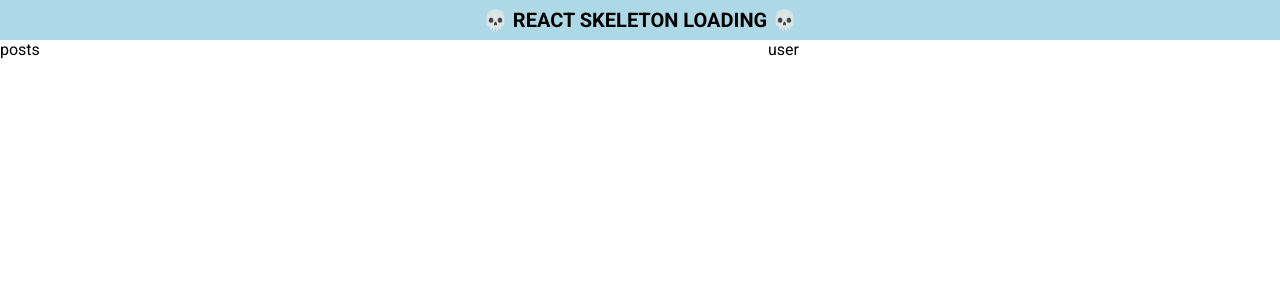
Repository: ethanJones21/React-Skeleton-Loading
Page: /
These files come from the project's save history. The page is drawn as it stood at one moment and after the next save; the edit follows.
The browser window is 1280 px wide. The pictures show the whole page.
The project was rebuilt for these pictures with package versions that can differ from the ones it lists, and the page was loaded fresh each time.

Above is the page before, as saved 2020-11-26 02:08:41.

After the next save:
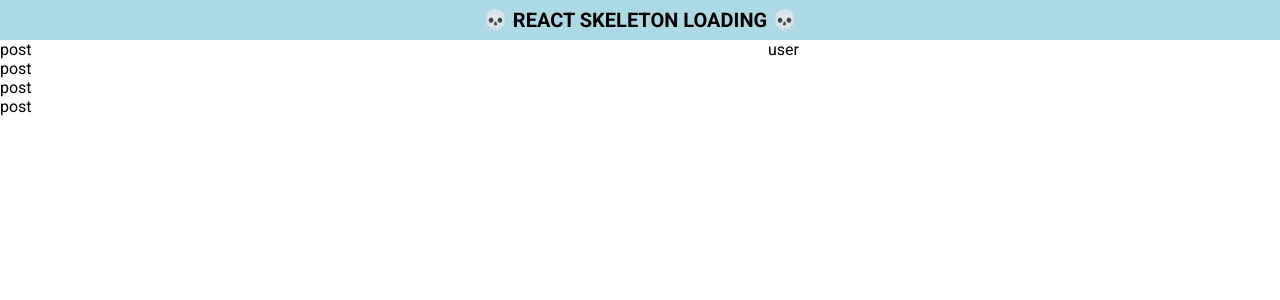
Saved 13 s later.
--- a/src/components/Posts.js
+++ b/src/components/Posts.js
@@ -1,10 +1,14 @@
 import React from 'react';
+import Post from './Post';
 import "./Posts.css"
 
 const Posts = () => {
     return (
         <div className="posts">
-            posts
+            <Post/>
+            <Post/>
+            <Post/>
+            <Post/>
         </div>
     );
 };
